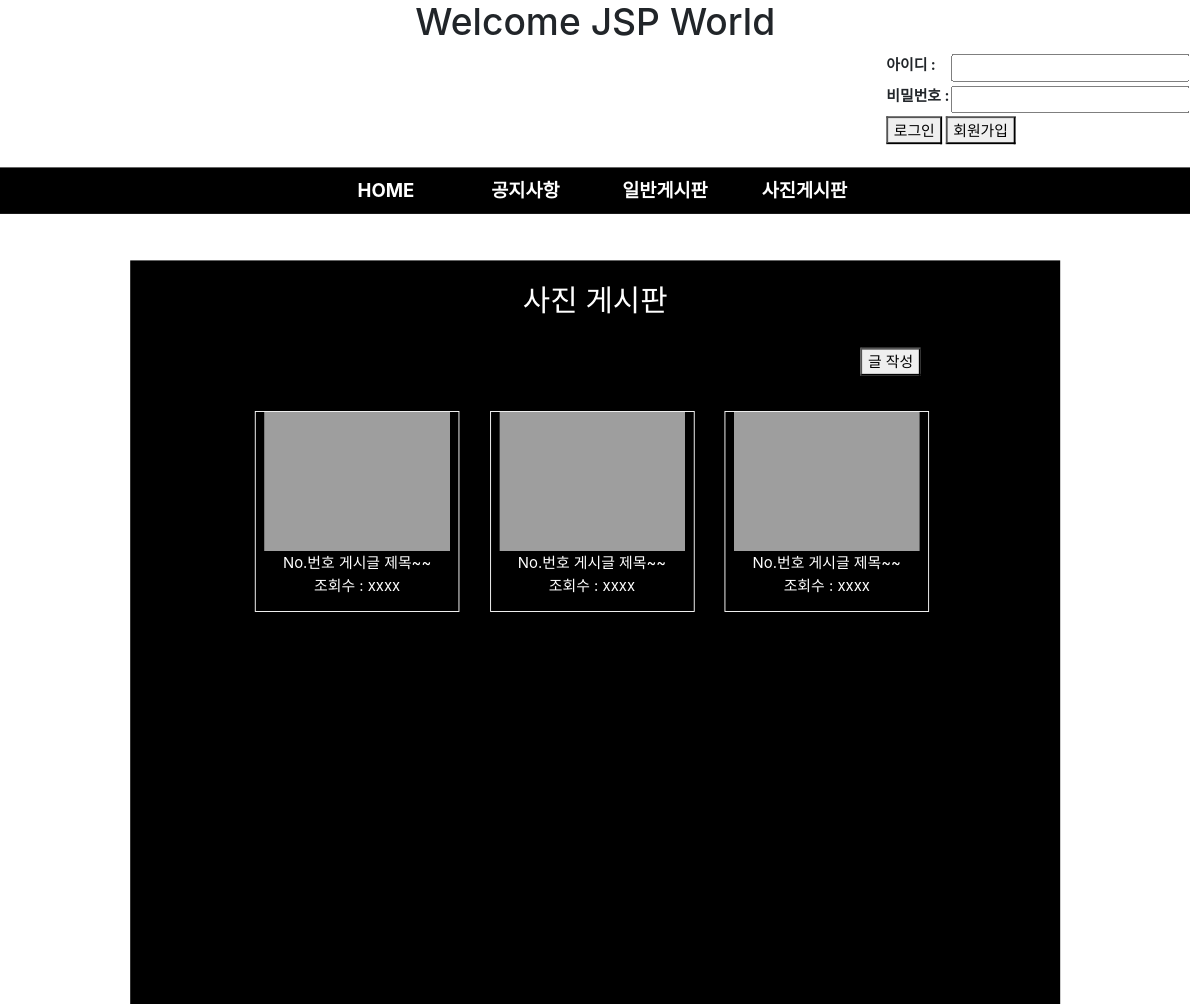
Repository: alsrnr45/dev
Page: http://localhost/jspProject/views/board/thumbnailListView.jsp
These files come from the project's save history. The page is drawn as it stood at one moment and after the next save; the edit follows.
The browser window is 1280 px wide. The pictures show the whole page, at 93% of full size.
Pictures or frames that could not be fetched are drawn as grey boxes. The page is served by Tomcat 9. Other server files are loaded and not shown.

Above is the page before, as saved 2021-04-12 05:58:59.

### jspProject/WebContent/views/board/thumbnailListView.jsp
<%@ page language="java" contentType="text/html; charset=UTF-8"
    pageEncoding="UTF-8"%>
<!DOCTYPE html>
<html>
<head>
<meta charset="UTF-8">
<title>Insert title here</title>
<style>
    .outer{
        background:black;
        color: white;
        width:1000px;
        height: 800px;
        margin:auto;
        margin-top:50px;
    }

    .listArea{
        width:760px;
        margin:auto;
    }

    .thumbnail{
        border:1px solid white;
        width:220px;
        display: inline-block;
        margin:14px;
    }

    .thumbnail:hover{
        cursor:pointer;
        opacity:0.7;
    }

</style>

</head>
<body>

	<%@ include file="../common/menubar.jsp" %>

    <div class="outer">

        <br>
        <h2 align="center">사진 게시판</h2>
        <br>

        <!-- 로그인한 사용자만 볼 수 있는 버튼 -->
        <div align="right" style="width:850px;">
            <button>글 작성</button>
            <br><br>
        </div>

        <div class="listArea">

            <div class="thumbnail" align="center">
                <img src="해당게시글메인이미지경로" alt="" width="200" height="150">
                <p>
                    No.번호 게시글 제목~~ <br>
                    조회수 : xxxx
                </p>
            </div>

            <div class="thumbnail" align="center">
                <img src="해당게시글메인이미지경로" alt="" width="200" height="150">
                <p>
                    No.번호 게시글 제목~~ <br>
                    조회수 : xxxx
                </p>
            </div>

            <div class="thumbnail" align="center">
                <img src="해당게시글메인이미지경로" alt="" width="200" height="150">
                <p>
                    No.번호 게시글 제목~~ <br>
                    조회수 : xxxx
                </p>
            </div>

        </div>

    </div>
</body>
</html>

### jspProject/WebContent/views/common/menubar.jsp
<%@ page language="java" contentType="text/html; charset=UTF-8"
    pageEncoding="UTF-8"%>
<%@ page import="com.kh.member.model.vo.Member" %>
<%
	// Member 타입 변수에 session의 loginUser 담기
	Member loginUser = (Member)session.getAttribute("loginUser");
	// > 로그인 전 menubar.jsp 로딩시 : loginUser => null
	// > 로그인 성공 후 menubar.jsp 로딩시 : loginUser => 로그인한 회원의 정보들이 담겨있는 객체
	// > 이 페이지를 include하는 곳은 이 loginUser라는 멤버객체를 마음껏 쓸 수있다!
	String contextPath = request.getContextPath();

%>
<!DOCTYPE html>
<html>
<head>
<meta charset="UTF-8">
<title>Insert title here</title>
<style>
    #loginForm, #userInfo{float:right;}
    #userInfo a{color:black; text-decoration:none; font-size:12px;}

    .navWrap{background-color:black;}
    .menu{
        display:table-cell;
        height:50px;
        width:150px;
        }
    .menu a{
        text-decoration:none;
        color:white;
        font-size:20px;
        line-height:50px;
        font-weight:bold;
        display:block;
        width:100%;
        height:100%;
    }
    .menu a:hover{background:darkgray}
</style>

<!-- Latest compiled and minified CSS -->
<link rel="stylesheet" href="https://maxcdn.bootstrapcdn.com/bootstrap/4.5.2/css/bootstrap.min.css">

<!-- jQuery library -->
<script src="https://ajax.googleapis.com/ajax/libs/jquery/3.5.1/jquery.min.js"></script>

<!-- Popper JS -->
<script src="https://cdnjs.cloudflare.com/ajax/libs/popper.js/1.16.0/umd/popper.min.js"></script>

<!-- Latest compiled JavaScript -->
<script src="https://maxcdn.bootstrapcdn.com/bootstrap/4.5.2/js/bootstrap.min.js"></script>
</head>
<body>

	<script>
		var msg = "<%= session.getAttribute("alertMsg") %>"; // 알람창으로 출력할 메세지
		// var msg = "메세지"   / "null";

		if(msg != "null"){
			alert(msg);
			// session에 한 번 담아둔 건 내가 지우기 전 까지 계속 남아있다 (메뉴바 포함된 매 페이지가 열릴때마다 alert 계속 뜰 것)
			// 알람창 띄워준 후에 session에 담긴 메세지 지워야함!!
			<% session.removeAttribute("alertMsg");%>
		}

	</script>

	<h1 align="center">Welcome JSP World</h1>

    <div class="loginArea">

		<!-- loginUser 값의 null 유무에 따라 로그인전, 로그인 후 화면 정하기 -->
		<% if(loginUser == null){ %>
        <!-- 1. 로그인 전에 보여지는 로그인 form -->
        <!-- 이제부터는 "/jsp" 대신 request.getContextPath() 로  작성-->
        <!-- method="post" : 입력한 값 url에 노출x -->
        <form action="<%= contextPath %>/login.me" id="loginForm" method="post">
            <table>

                <tr>
                    <th><label for="userId">아이디 : </label></th>
                    <td><input type="text" name="userId" id="userId" required></td>
                </tr>
                <tr>
                    <th><label for="userPwd">비밀번호 : </label></th>
                    <td><input type="password" name="userPwd" id="userPwd" required></td>
                </tr>
                <tr>
                    <th colspan="2">
                        <button type="submit">로그인</button>
                        <button type="button" onclick="enrollPage();">회원가입</button>
                    </th>
                    <script>
                    	function enrollPage(){
                    		//loacation.href="/jsp/views/member/memberEnrollForm.jsp";
                    		// 웹 애플리케이션의 디렉토리 구조가 url에 노출되면 보안에 위험

                    		// 단순한 정적인 페이지 이동이라고 해도 반드시 servlet요청후 forwarding 방식으로 응답
                    		// => url에 servlet매핑값만 노출된다!
                    		location.href = "<%= request.getContextPath() %>/enrollForm.me";
                    	}
                    </script>
                </tr>
            </table>

        </form>

		<% }else { %>
        <!-- 2. 로그인 성공 후 div -->

        <div id="userInfo">
            <b><%= loginUser.getUserName() %>님 </b>의 방문을 환영합니다. <br><br>

            <div align="center">
                <a href="<%= contextPath %>/myPage.me">마이페이지</a>
                <a href="<%= contextPath %>/logout.me">로그아웃</a>
            </div>
        </div>
        <% } %>

    </div>

    <br clear="both"> <br>


    <div class="navWrap" align="center">
        <!-- (.menu>a)*4 -->
        <div class="menu"><a href="<%=contextPath%>">HOME</a></div>
        <div class="menu"><a href="<%=contextPath%>/list.no">공지사항</a></div>
        <div class="menu"><a href="<%=contextPath%>/list.bo?currentPage=1">일반게시판</a></div>
        <div class="menu"><a href="<%=contextPath%>/list.th">사진게시판</a></div>

    </div>

</body>
</html>

After the next save:
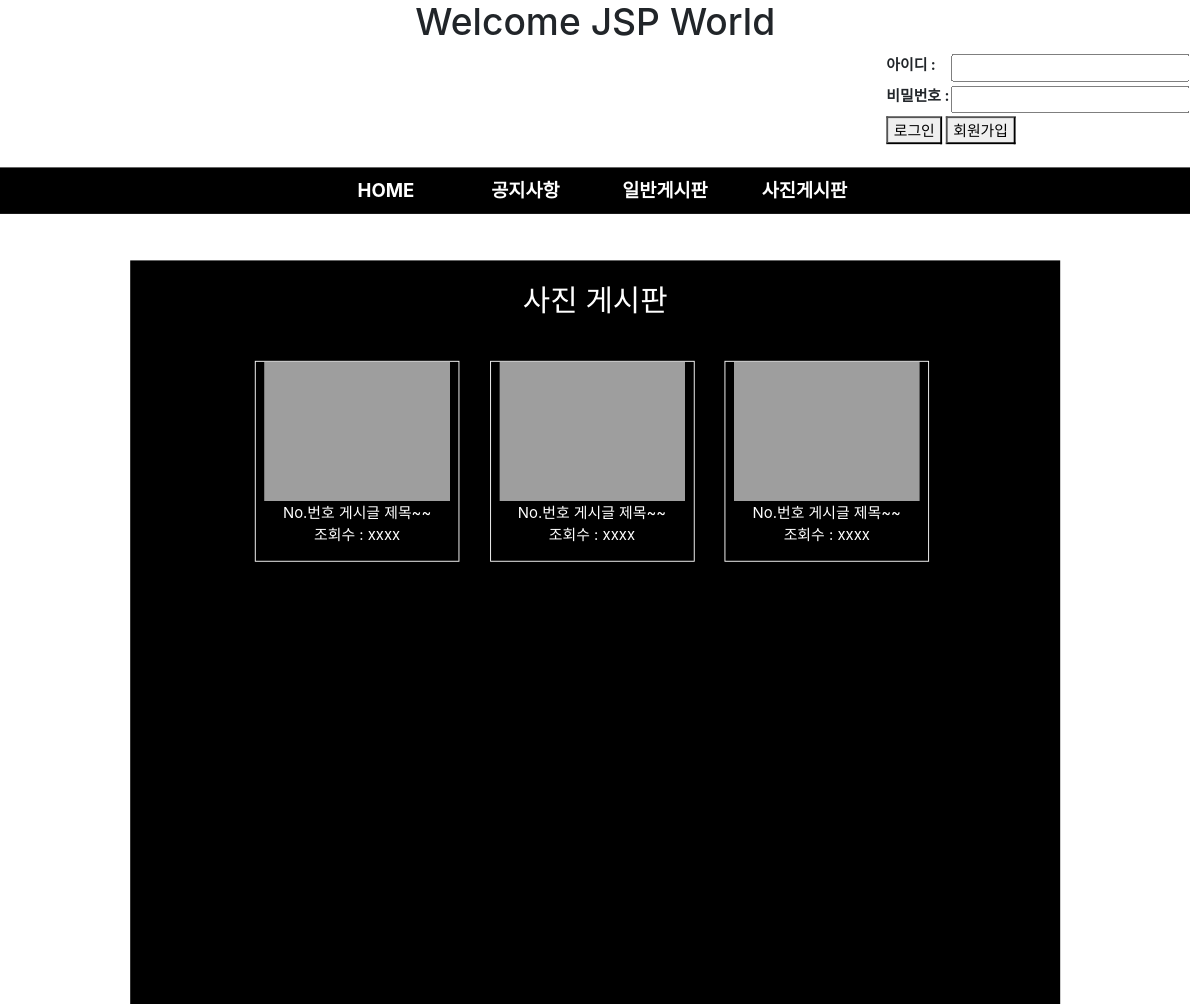
Saved 3 min 19 s later.
--- a/jspProject/WebContent/views/board/thumbnailListView.jsp
+++ b/jspProject/WebContent/views/board/thumbnailListView.jsp
@@ -46,10 +46,12 @@
         <br>
 
         <!-- 로그인한 사용자만 볼 수 있는 버튼 -->
+        <% if(loginUser != null ){ %>
         <div align="right" style="width:850px;">
             <button>글 작성</button>
             <br><br>
         </div>
+        <% } %>
 
         <div class="listArea">
 
